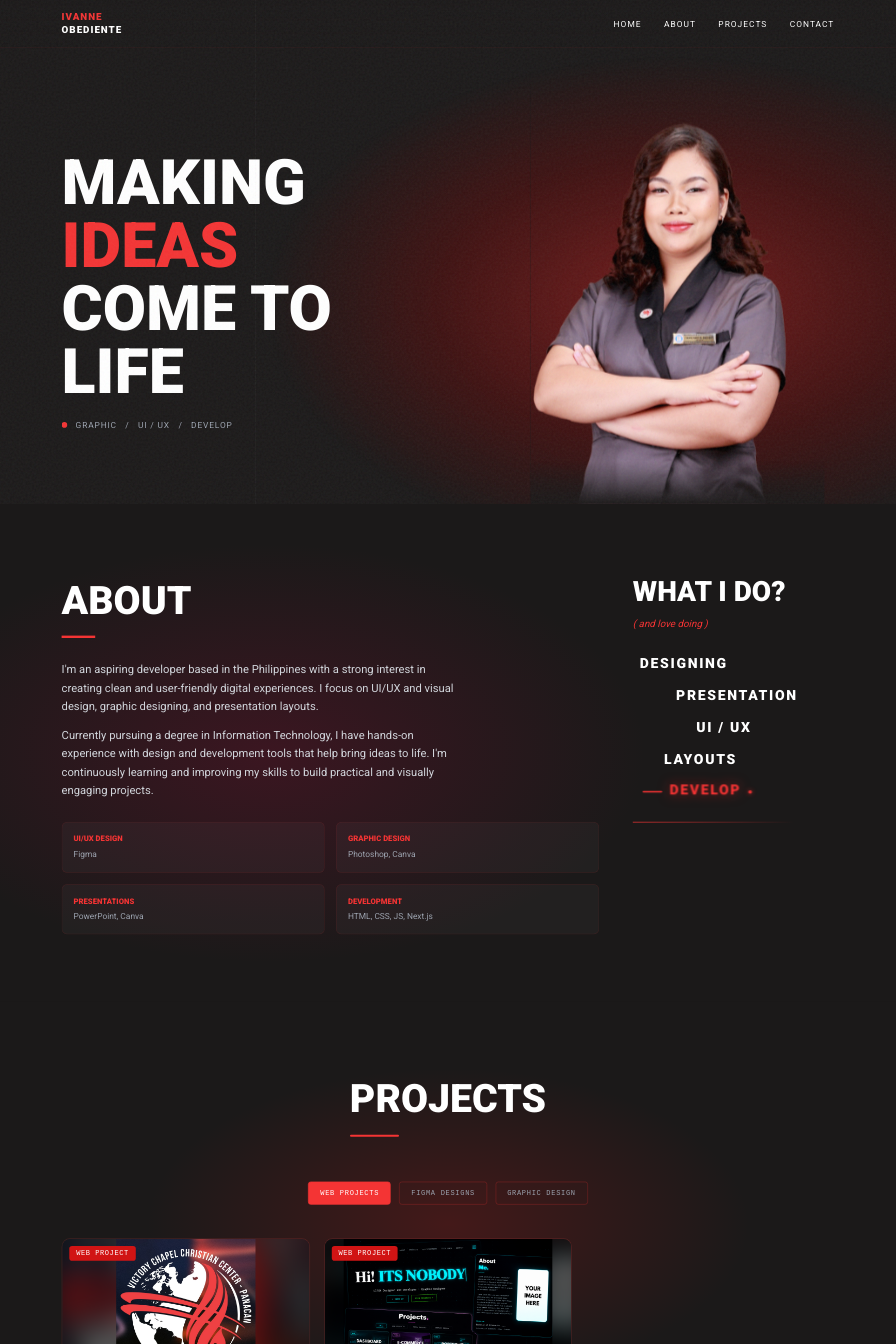
Repository: banbanny/my-portfolio
Page: /
An editor plug-in stored every save of this project. The page is shown before and after the next save, followed by the edit.
The browser window is 1280 px wide. The pictures show the part of the page from y = 0 to 1920 px (the page is 4275 px tall), at 70% of full size.
The project was rebuilt for these pictures with package versions that can differ from the ones it lists, and the page was loaded fresh each time. The framework's server and built-in components were replaced by stand-ins that run in the browser. Also part of the build but not shown: next.config.js.

Above is the page before, as saved 2026-05-07 13:37:10.

After the next save:
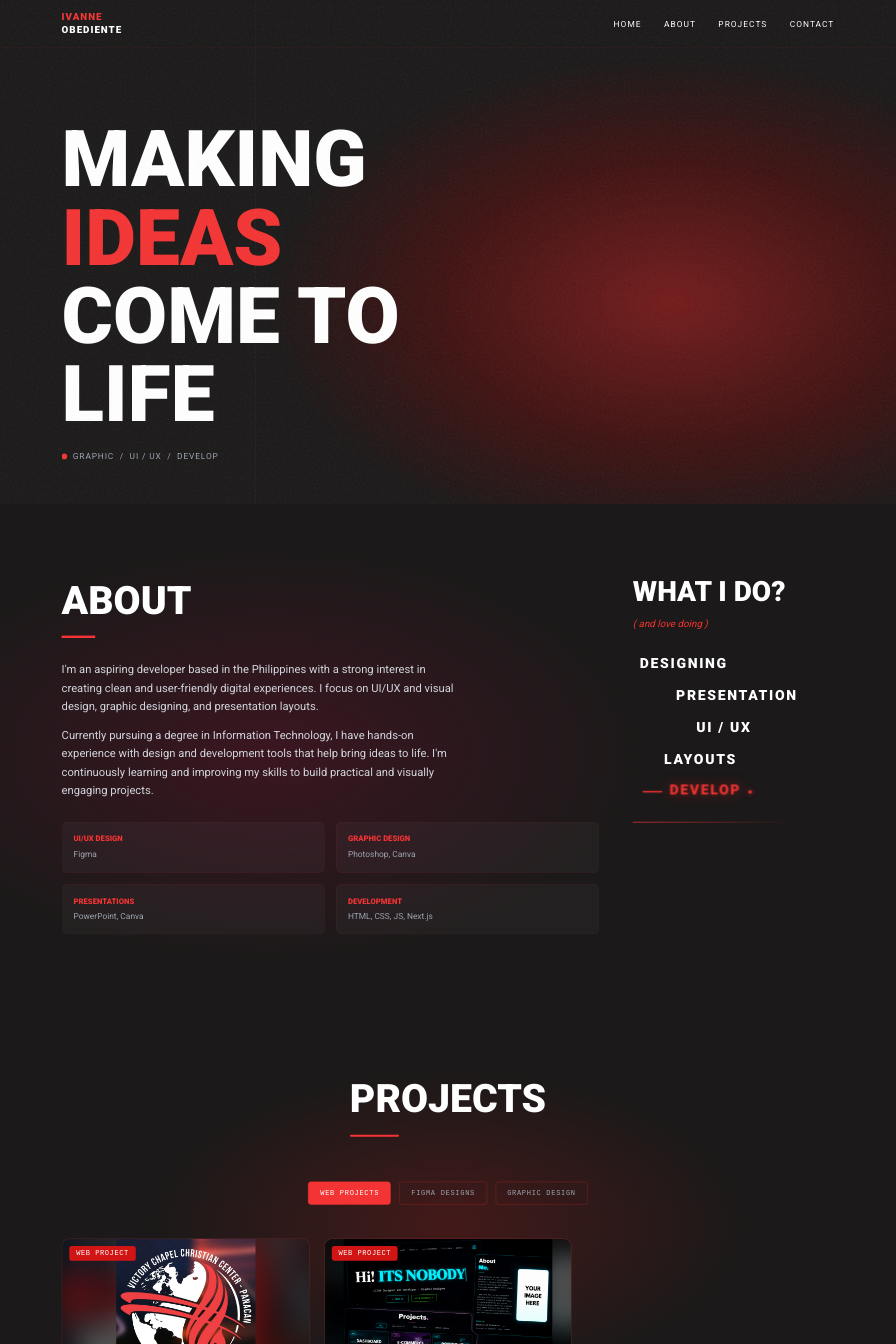
Saved 16 s later.
--- a/src/components/Hero.tsx
+++ b/src/components/Hero.tsx
@@ -4,105 +4,49 @@ import { useEffect, useState } from "react";
 
 export default function Hero() {
   const [mounted, setMounted] = useState(false);
-
-  useEffect(() => {
-    setMounted(true);
-  }, []);
+  useEffect(() => { setMounted(true); }, []);
 
   return (
-    <section
-      id="home"
-      className="relative overflow-hidden"
-      style={{ background: "#1B1919", minHeight: "100vh" }}
-    >
+    <section id="home" className="relative overflow-hidden" style={{ background: "#1B1919", minHeight: "100vh" }}>
       <style>{`
-        @keyframes fadeInUp {
-          from { opacity: 0; transform: translateY(40px); }
-          to   { opacity: 1; transform: translateY(0); }
-        }
-        @keyframes fadeInRight {
-          from { opacity: 0; transform: translateX(60px); }
-          to   { opacity: 1; transform: translateX(0); }
-        }
-        @keyframes fadeIn {
-          from { opacity: 0; }
-          to   { opacity: 1; }
-        }
-        @keyframes glowPulse {
-          0%, 100% { opacity: 0.85; }
-          50%       { opacity: 1; }
-        }
-        .hero-glow    { animation: fadeIn 1.2s ease forwards, glowPulse 4s ease-in-out 1.2s infinite; }
-        .hero-photo   { animation: fadeInRight 1s cubic-bezier(0.22,1,0.36,1) 0.2s both; }
-        .hero-line-1  { animation: fadeInUp 0.7s cubic-bezier(0.22,1,0.36,1) 0.3s both; }
-        .hero-line-2  { animation: fadeInUp 0.7s cubic-bezier(0.22,1,0.36,1) 0.45s both; }
-        .hero-line-3  { animation: fadeInUp 0.7s cubic-bezier(0.22,1,0.36,1) 0.6s both; }
-        .hero-line-4  { animation: fadeInUp 0.7s cubic-bezier(0.22,1,0.36,1) 0.75s both; }
-        .hero-tags    { animation: fadeInUp 0.7s cubic-bezier(0.22,1,0.36,1) 0.95s both; }
+        @keyframes fadeInUp { from { opacity:0; transform:translateY(40px); } to { opacity:1; transform:translateY(0); } }
+        @keyframes fadeInRight { from { opacity:0; transform:translateX(60px); } to { opacity:1; transform:translateX(0); } }
+        @keyframes fadeIn { from { opacity:0; } to { opacity:1; } }
+        @keyframes glowPulse { 0%,100% { opacity:0.85; } 50% { opacity:1; } }
+        .hero-glow   { animation: fadeIn 1.2s ease forwards, glowPulse 4s ease-in-out 1.2s infinite; }
+        .hero-photo  { animation: fadeInRight 1s cubic-bezier(0.22,1,0.36,1) 0.2s both; }
+        .hero-line-1 { animation: fadeInUp 0.7s cubic-bezier(0.22,1,0.36,1) 0.3s both; }
+        .hero-line-2 { animation: fadeInUp 0.7s cubic-bezier(0.22,1,0.36,1) 0.45s both; }
+        .hero-line-3 { animation: fadeInUp 0.7s cubic-bezier(0.22,1,0.36,1) 0.6s both; }
+        .hero-line-4 { animation: fadeInUp 0.7s cubic-bezier(0.22,1,0.36,1) 0.75s both; }
+        .hero-tags   { animation: fadeInUp 0.7s cubic-bezier(0.22,1,0.36,1) 0.95s both; }
       `}</style>
 
       {/* Red radial glow */}
-      <div
-        className={`absolute inset-0 pointer-events-none hero-glow`}
-        style={{
-          background:
-            "radial-gradient(ellipse 65% 70% at 75% 60%, rgba(143,29,29,0.81) 0%, rgba(124,9,9,0.4) 40%, transparent 70%)",
-          opacity: mounted ? undefined : 0,
-        }}
-        aria-hidden="true"
-      />
+      <div className="absolute inset-0 pointer-events-none hero-glow"
+        style={{ background: "radial-gradient(ellipse 65% 70% at 75% 60%, rgba(143,29,29,0.81) 0%, rgba(124,9,9,0.4) 40%, transparent 70%)", opacity: mounted ? undefined : 0 }}
+        aria-hidden="true" />
 
-      {/* PHOTO */}
-      <div
-        className="absolute bottom-0 right-0 md:right-[8%] hero-photo"
-        style={{ width: "420px", height: "85vh", zIndex: 1, opacity: mounted ? undefined : 0 }}
-      >
-        <Image
-          src="/hero.png"
-          fill
-          alt="Ivanne Obediente"
-          className="object-cover object-top"
-          priority
-        />
-        <div
-          className="absolute inset-0"
-          style={{ background: "linear-gradient(to bottom, transparent 90%, #1B1919 100%)" }}
-        />
-        <div
-          className="absolute inset-0"
-          style={{ background: "linear-gradient(to right, #1B1919 0%, transparent 0%)" }}
-        />
+      {/* PHOTO — hidden on mobile, visible md+ */}
+      <div className="hidden md:block absolute bottom-0 right-0 md:right-[8%] hero-photo"
+        style={{ width: "clamp(280px, 35vw, 420px)", height: "85vh", zIndex: 1, opacity: mounted ? undefined : 0 }}>
+        <Image src="/hero.png" fill alt="Ivanne Obediente" className="object-cover object-top" priority />
+        <div className="absolute inset-0" style={{ background: "linear-gradient(to bottom, transparent 90%, #1B1919 100%)" }} />
       </div>
 
       {/* CONTENT */}
-      <div
-        className="relative max-w-6xl mx-auto px-6 w-full flex flex-col justify-center"
-        style={{ minHeight: "100vh", zIndex: 2 }}
-      >
-        <div className="max-w-lg pt-28">
-          <h1
-            className="font-black-roboto uppercase leading-none"
-            style={{ fontSize: "clamp(1rem, 7vw, 7rem)" }}
-          >
+      <div className="relative max-w-6xl mx-auto px-6 w-full flex flex-col justify-center" style={{ minHeight: "100vh", zIndex: 2 }}>
+        <div className="max-w-lg pt-24 md:pt-28">
+          <h1 className="font-black-roboto uppercase leading-none" style={{ fontSize: "clamp(3rem, 10vw, 7rem)" }}>
             <span className="text-white block hero-line-1" style={{ opacity: mounted ? undefined : 0 }}>MAKING</span>
             <span className="block hero-line-2" style={{ color: "#F43434", opacity: mounted ? undefined : 0 }}>IDEAS</span>
             <span className="text-white block hero-line-3" style={{ opacity: mounted ? undefined : 0 }}>COME TO</span>
             <span className="text-white block hero-line-4" style={{ opacity: mounted ? undefined : 0 }}>LIFE</span>
           </h1>
-
-          <div
-            className="flex items-center gap-3 mt-6 text-xs text-gray-400 tracking-widest uppercase hero-tags"
-            style={{ opacity: mounted ? undefined : 0 }}
-          >
-            <span
-              className="inline-block w-2 h-2 rounded-full"
-              style={{ background: "#f43434" }}
-            />
-            <span>Graphic</span>
-            <span>/</span>
-            <span>UI / UX</span>
-            <span>/</span>
-            <span>Develop</span>
+          <div className="flex flex-wrap items-center gap-2 mt-6 text-xs text-gray-400 tracking-widest uppercase hero-tags"
+            style={{ opacity: mounted ? undefined : 0 }}>
+            <span className="inline-block w-2 h-2 rounded-full" style={{ background: "#f43434" }} />
+            <span>Graphic</span><span>/</span><span>UI / UX</span><span>/</span><span>Develop</span>
           </div>
         </div>
       </div>
